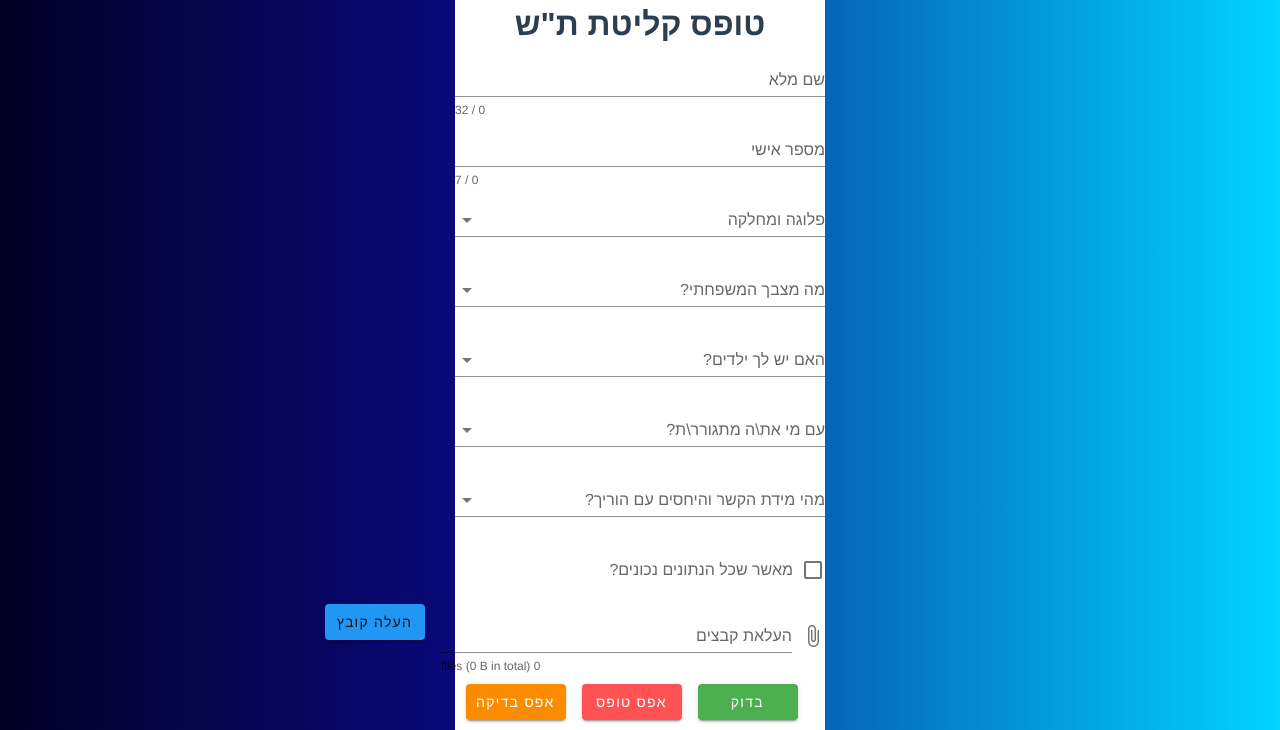
Repository: Natanhel/klitat-tash
Page: /
An editor plug-in stored every save of this project. The page is shown before and after the next save, followed by the edit.
The browser window is 1280 px wide. The pictures show the whole page.
The page's requests for data from a server got no answer. The project was rebuilt for these pictures with package versions that can differ from the ones it lists, and the page was loaded fresh each time. No one was signed in, and anything a server would have sent is missing. Also part of the build but not shown: vue.config.js.

Above is the page before, as saved 2020-12-01 18:03:52.

After the next save:
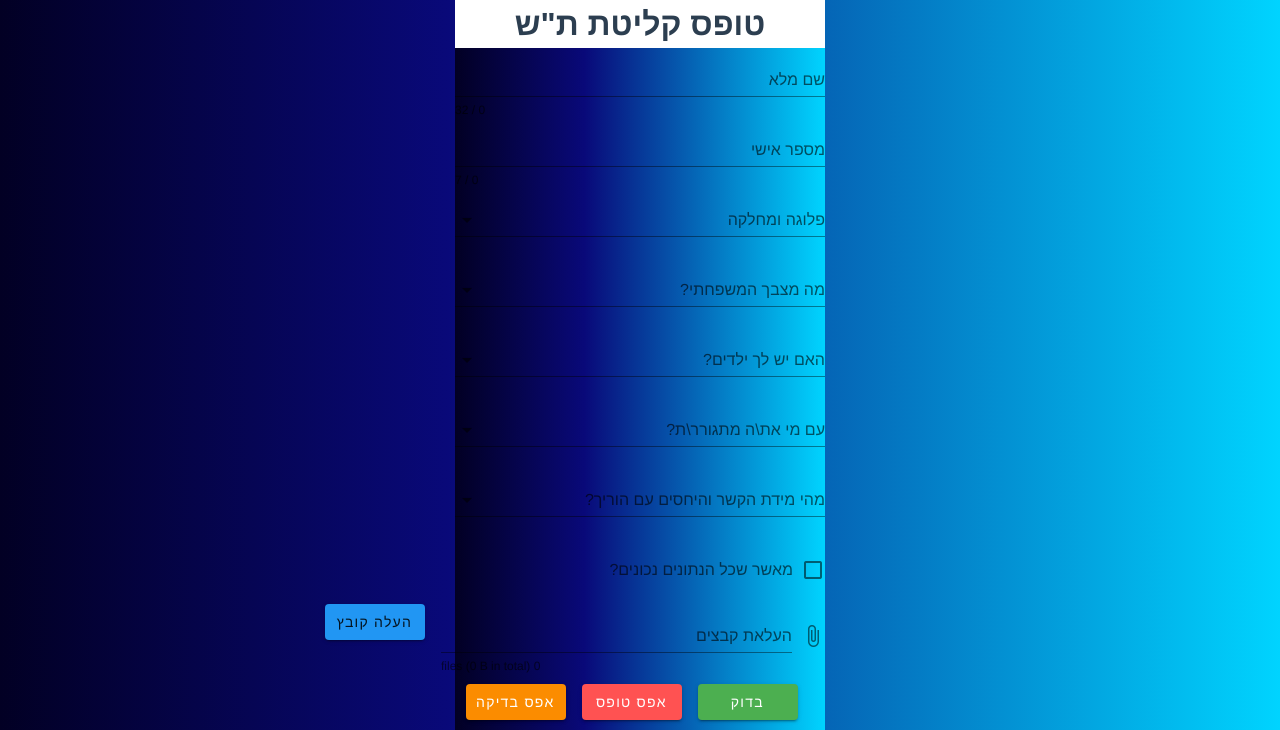
Saved 7 s later.
--- a/src/App.vue
+++ b/src/App.vue
@@ -271,7 +271,8 @@
   width: 500px;
 }
 
-html
+html,
+form
 {
   background: rgb(2,0,36);
   background: linear-gradient(90deg, rgba(2,0,36,1) 0%, rgba(9,9,121,1) 35%, rgba(0,212,255,1) 100%);

After the save that followed:
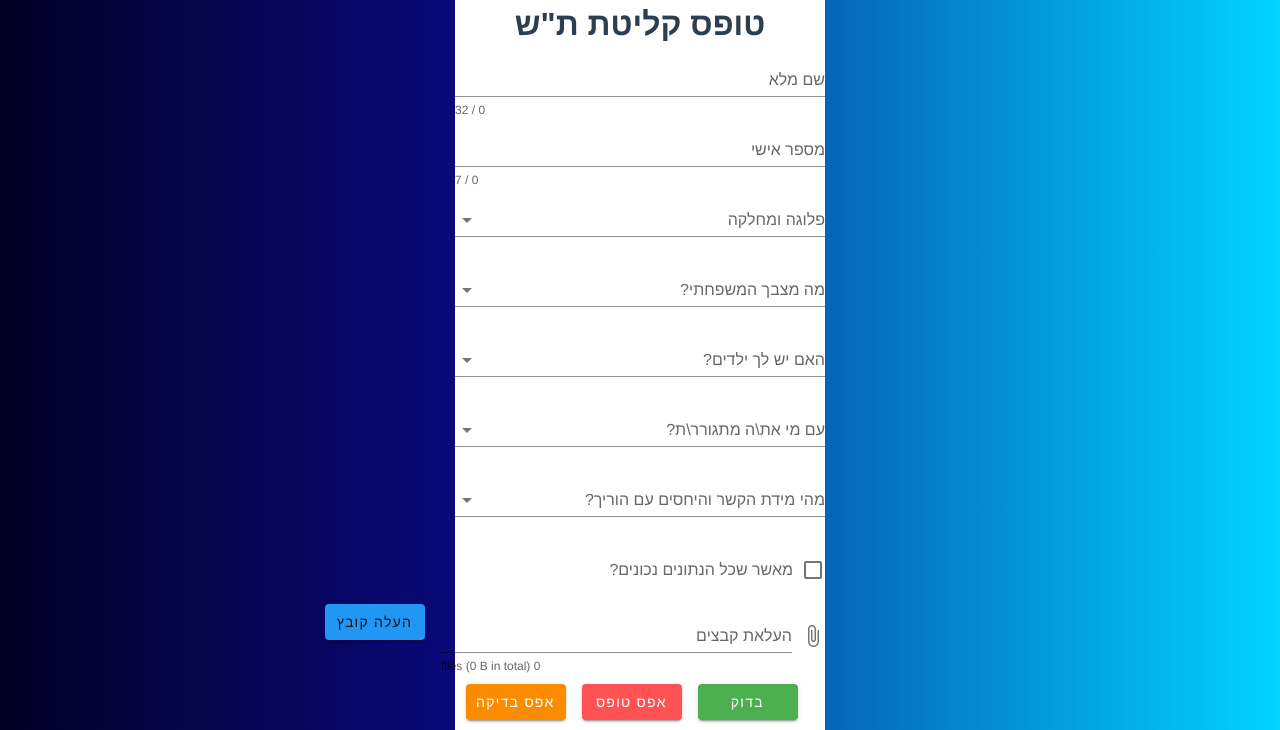
Saved 15 s later.
--- a/src/App.vue
+++ b/src/App.vue
@@ -270,9 +270,11 @@
   flex-direction: row;
   width: 500px;
 }
-
-html,
-form
+*
+{
+  background: transparent;
+}
+html
 {
   background: rgb(2,0,36);
   background: linear-gradient(90deg, rgba(2,0,36,1) 0%, rgba(9,9,121,1) 35%, rgba(0,212,255,1) 100%);
